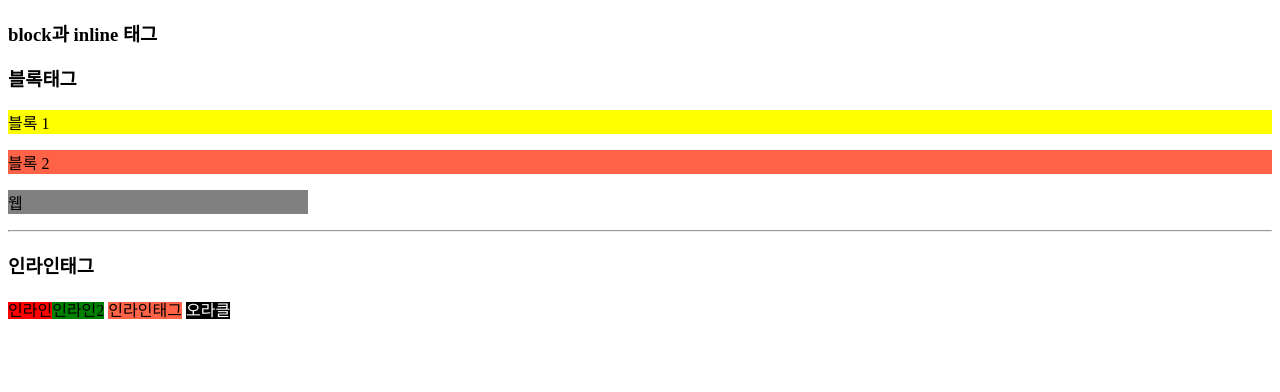
Repository: JiYoon0712/HTML_CSS_javascript
Page: work/study/src/main/webapp/htmlEx/ch02/ex04.html
An editor plug-in stored every save of this project. The page is shown before and after a run of saves, followed by the edit.
The browser window is 1280 px wide. The pictures show the whole page.

Above is the page before, as saved 2023-04-03 02:22:04.

After the next 2 saves:
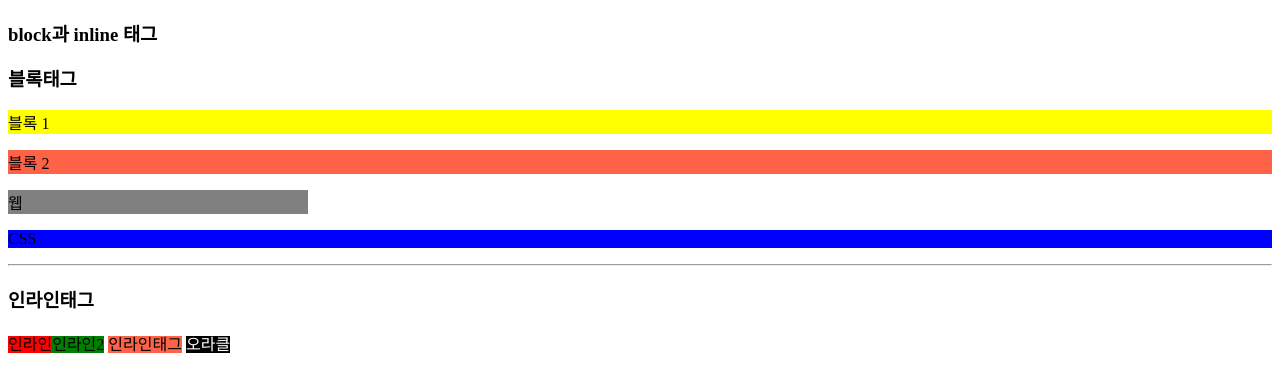
The 2 saves are shown as one change because they came seconds apart.
The last was saved 33 s later.
--- a/work/study/src/main/webapp/htmlEx/ch02/ex04.html
+++ b/work/study/src/main/webapp/htmlEx/ch02/ex04.html
@@ -12,6 +12,7 @@
 
 <p style="background: yellow;"> 블록 1 </p><p style="background: tomato;"> 블록 2 </p>
 <p style="width:300px; background: gray;"> 웹 </p>
+<p style="background: blue;"> CSS </p>
 <hr>
 
 <h3>인라인태그</h3>
